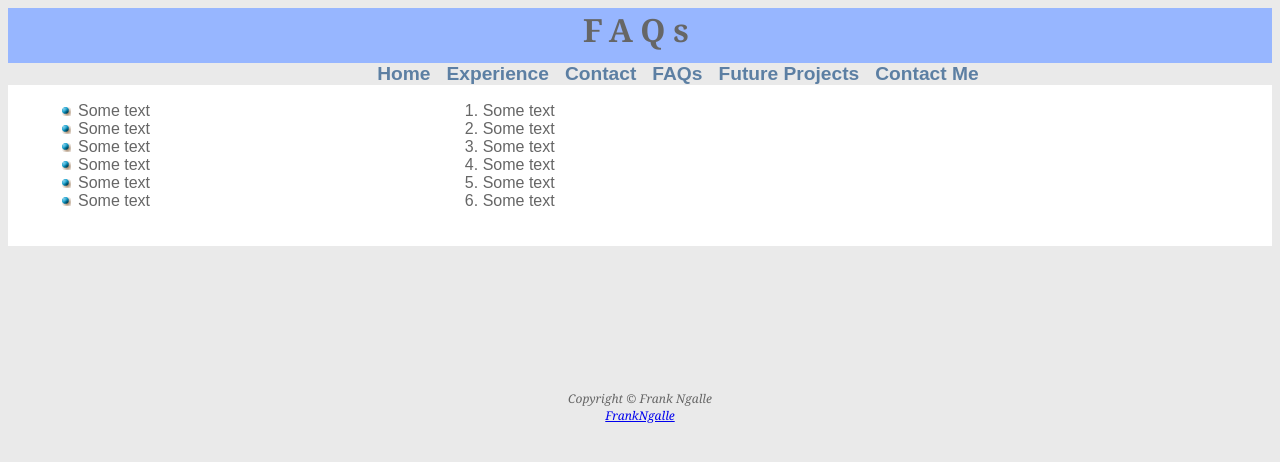
Repository: FNTech126/fntech126.github.io
Page: faqs.html
The author's editor kept a copy of each file at every save. The page is drawn from the files as they stood at one save, then again after the next save.
The browser window is 1280 px wide. The pictures show the whole page.

Above is the page before, as saved 2022-10-16 17:32:11.

After the next save:
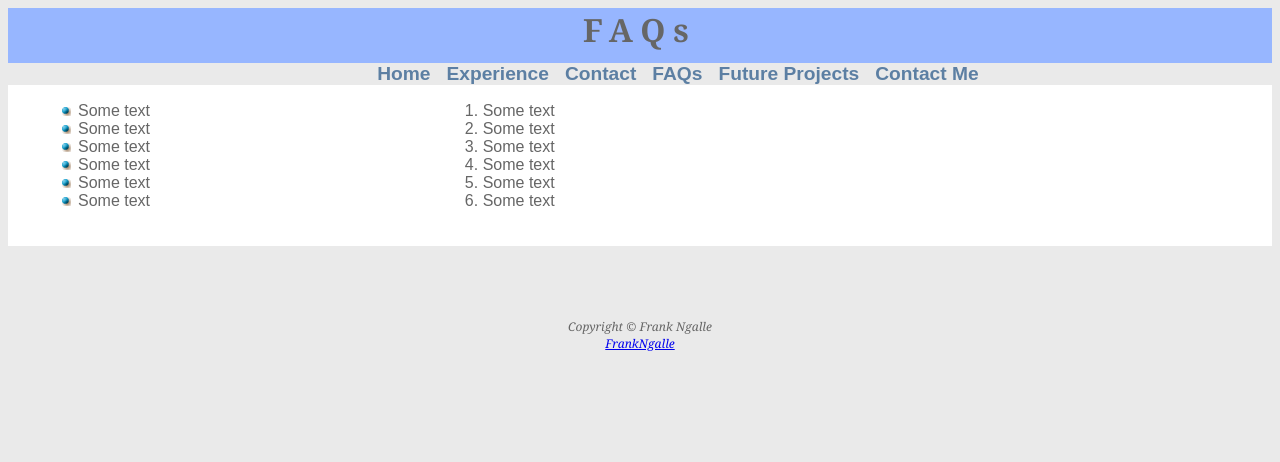
Saved 28 s later.
--- a/fn.css
+++ b/fn.css
@@ -105,7 +105,7 @@
     font-style: italic;
     text-align: center;
     font-family: Georgia, 'Times New Roman', Times, serif;
-    padding: 12em ;
+    padding: 6em ;
 }
 
 #homehero {
